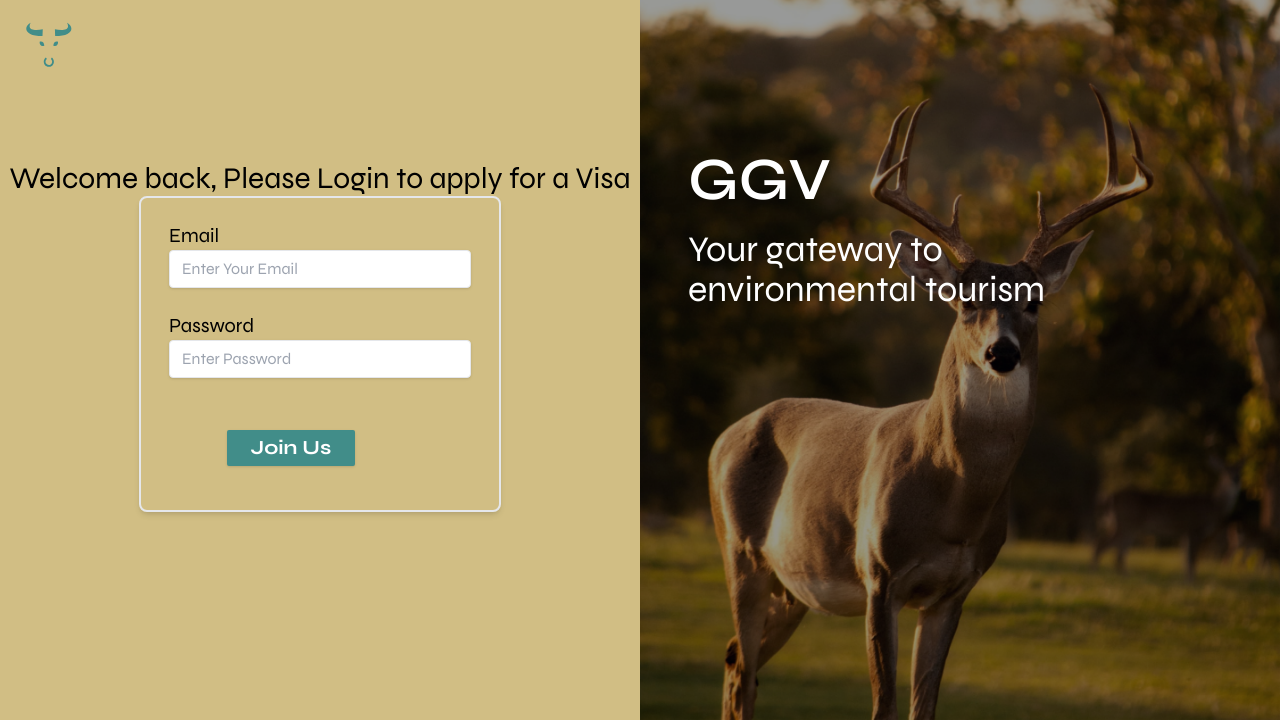
Repository: EngrAhmadUmar/landing-page
Page: /login
An editor plug-in stored every save of this project. The page is shown before and after the next save, followed by the edit.
The browser window is 1280 px wide. The pictures show the whole page.
The project was rebuilt for these pictures with package versions that can differ from the ones it lists, and the page was loaded fresh each time. The framework's server and built-in components were replaced by stand-ins that run in the browser. Also part of the build but not shown: next.config.js, styles/Home.module.css, src/Components/ApplyPageComponents/ApplyForm.jsx, src/Components/ApplyPageComponents/RegisterForm.jsx.

Above is the page before, as saved 2022-07-08 15:14:24.

After the next save:
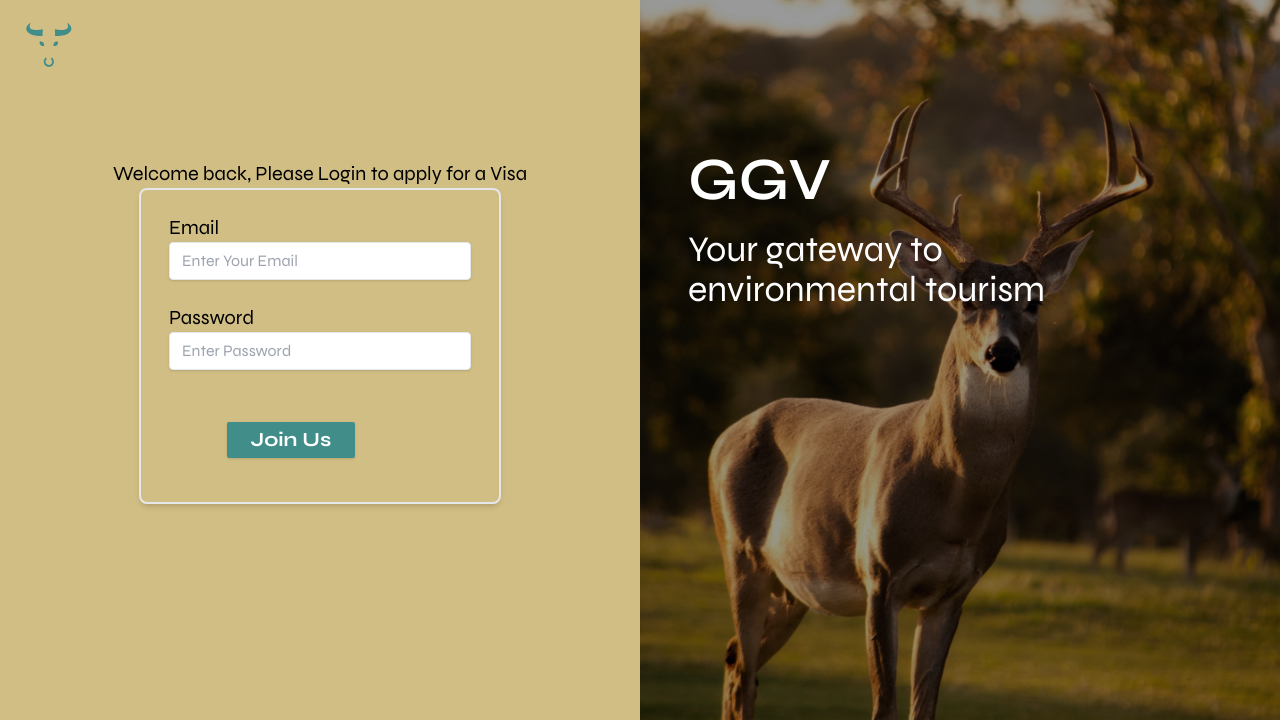
Saved 4 s later.
--- a/src/Components/ApplyPageComponents/LoginForm.jsx
+++ b/src/Components/ApplyPageComponents/LoginForm.jsx
@@ -57,7 +57,7 @@ const Login = () => {
             opacity={100}
           />
         </div>
-        <h3 className="text-center text-3xl">
+        <h3 className="text-center text-xl">
           Welcome back, Please Login to apply for a Visa
         </h3>
         <div className="flex justify-center">
